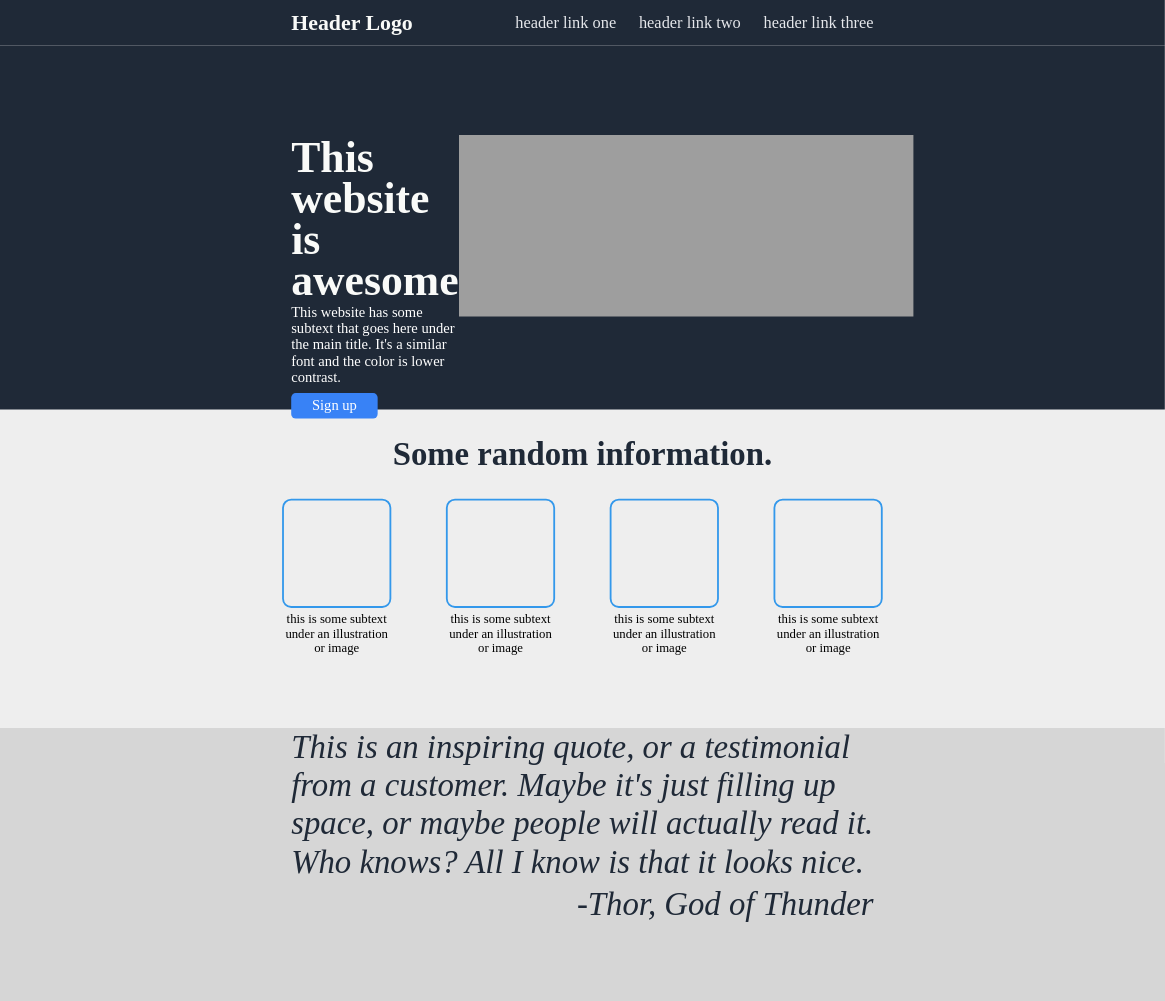
Repository: Pafestivo/Dummy-Landing-Page
Page: index.html
An editor plug-in stored every save of this project. The page is shown before and after the next save, followed by the edit.
The browser window is 1280 px wide. The pictures show the whole page, at 91% of full size.
Pictures or frames that could not be fetched are drawn as grey boxes.

Above is the page before, as saved 2022-09-26 19:19:14.

After the next save:
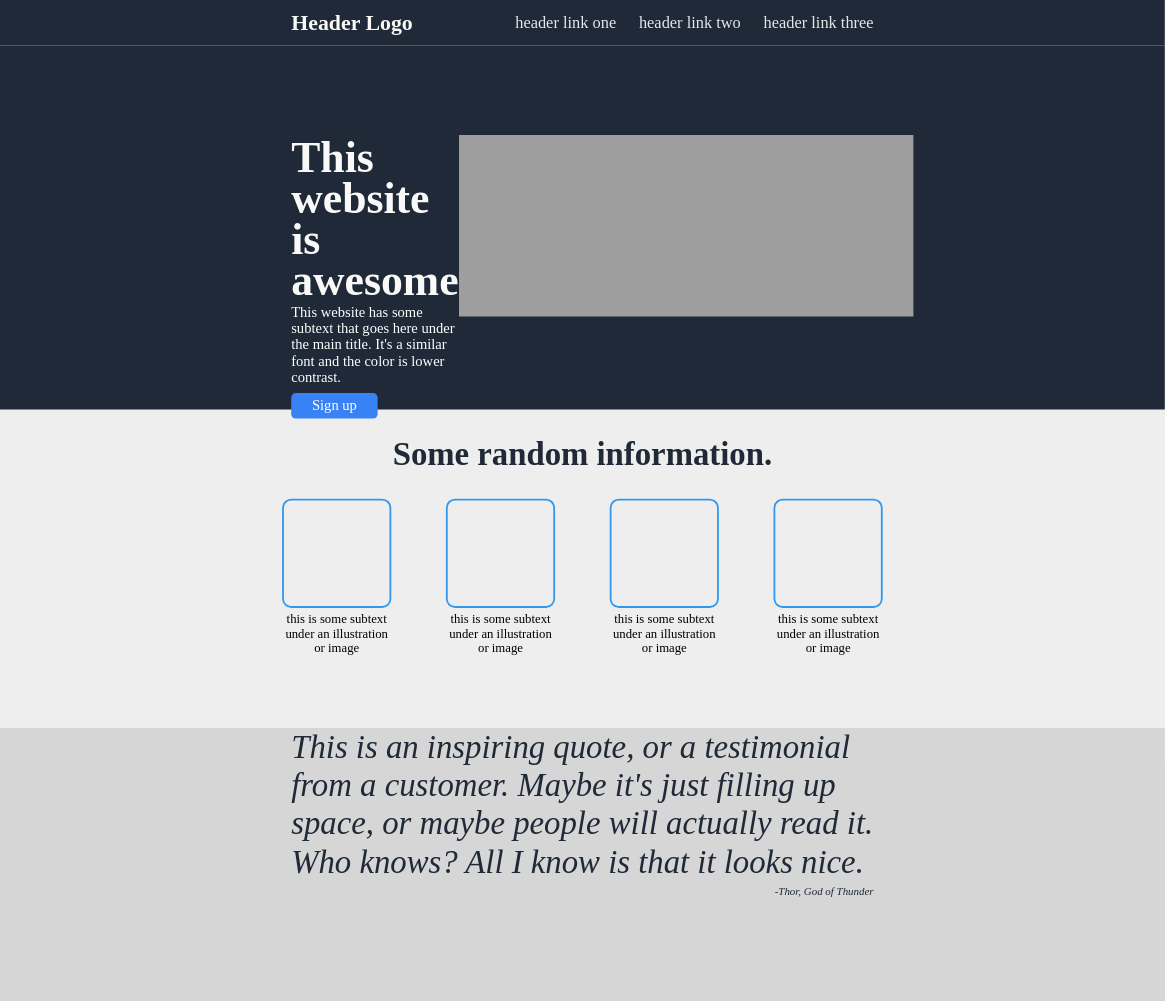
Saved 103 s later.
--- a/styles.css
+++ b/styles.css
@@ -152,7 +152,9 @@ right p {
 }
 
 .third .quote-owner {
+  font-size: 12px;
   align-self: flex-end;
+  font-style: none;
   margin-top: 5px;
 }
 /* End third section  */
